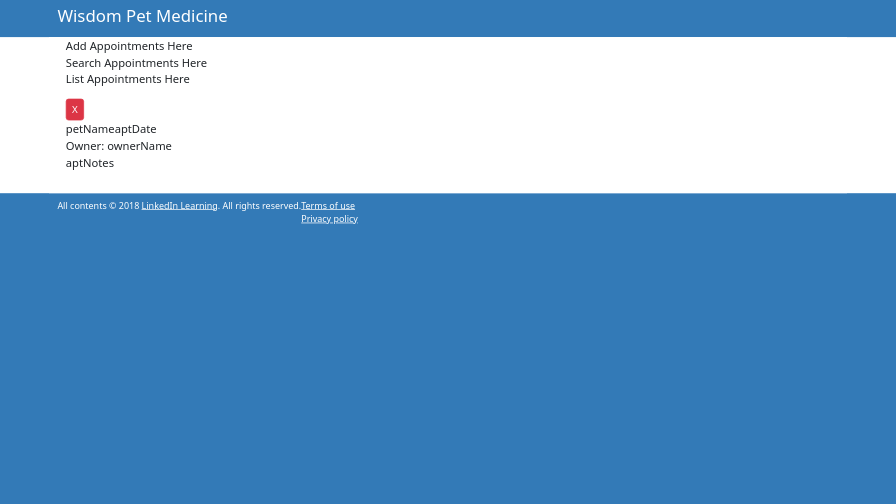
Repository: DevLuDaley/reactinterface
Page: /
The author's editor kept a copy of each file at every save. The page is drawn from the files as they stood at one save, then again after the next save.
The browser window is 1280 px wide. The pictures show the part of the page from y = 0 to 1920 px (the page is 720 px tall before and 3954 px after), at 70% of full size.
The project was rebuilt for these pictures with package versions that can differ from the ones it lists, and the page was loaded fresh each time. Also part of the build but not shown: src/css/App.css.

Above is the page before, as saved 2021-02-04 18:05:20.

After the next save:
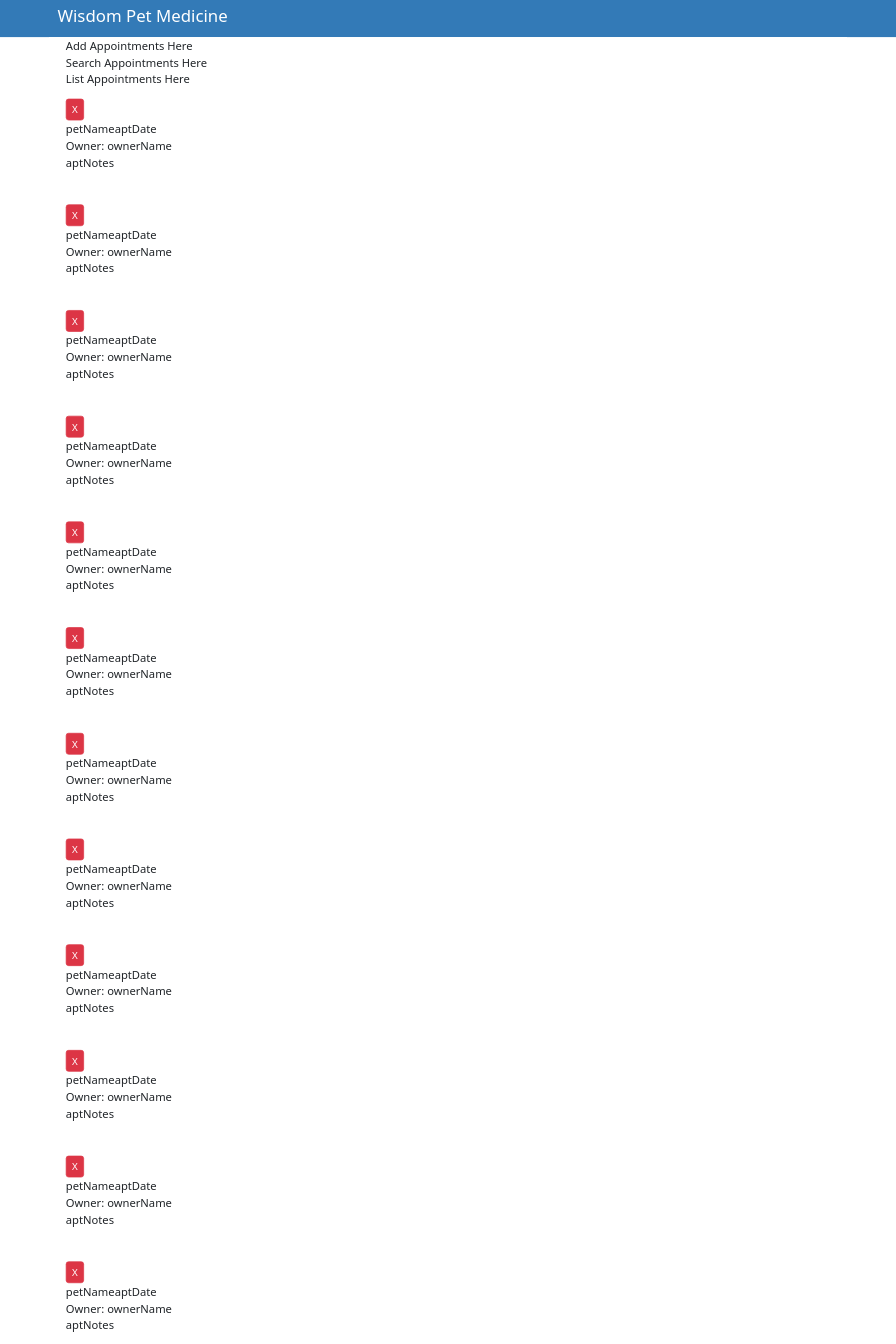
Saved 88 s later.
--- a/src/components/ListAppointments.js
+++ b/src/components/ListAppointments.js
@@ -20,8 +20,8 @@ class ListAppointments extends Component {
         <div>
             List Appointments Here
             {/* {listItems} */}
-            {this.props.appointments.map}
-                  <div className="appointment-list item-list mb-3">
+            {this.props.appointments.map(item => (
+                <div className="appointment-list item-list mb-3">
           <div className="pet-item col media py-3">
             <div className="mr-3">
               <button className="pet-delete btn btn-sm btn-danger">X</button>
@@ -41,6 +41,8 @@ class ListAppointments extends Component {
             </div>
           </div>
       </div>
+            ))}
+
         </div>
         );
     }
